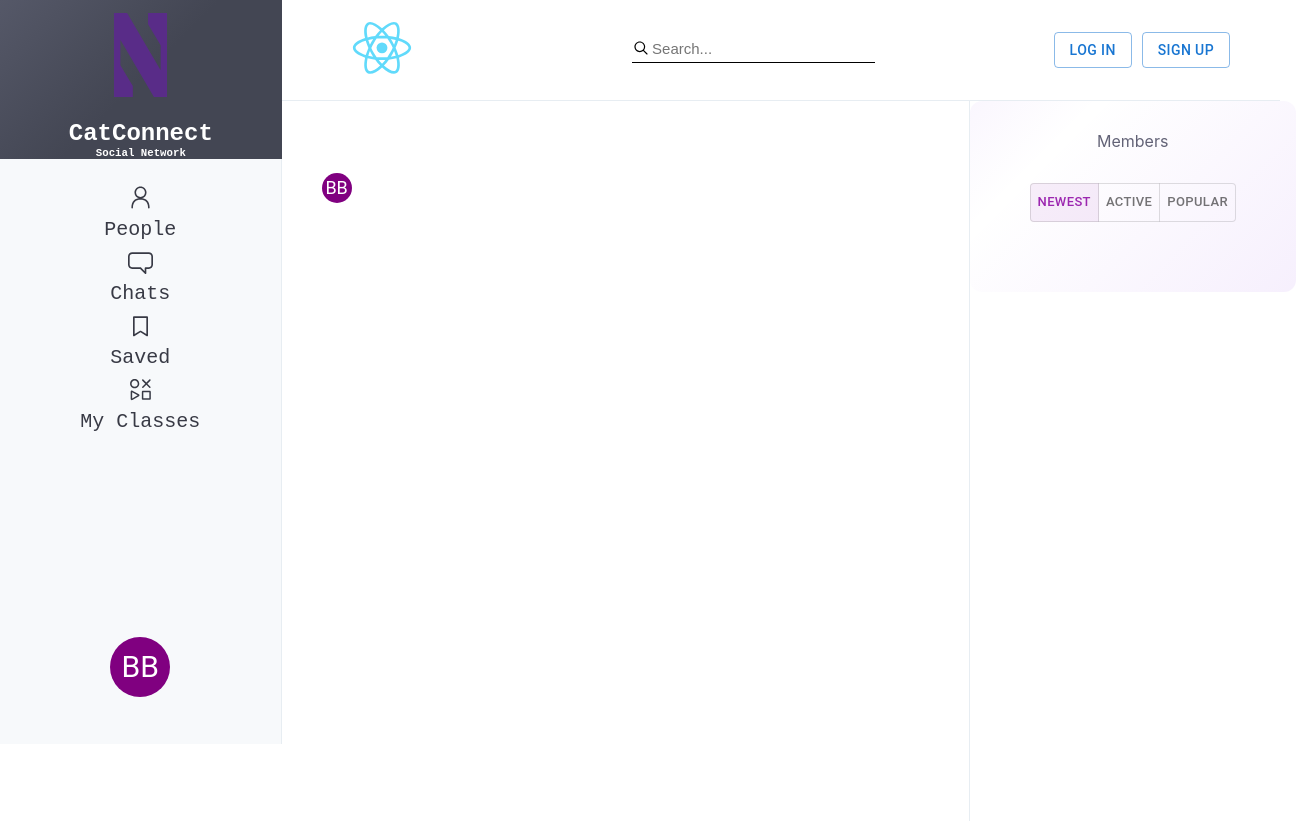
Repository: bbrockbrown/fws_proj
Page: / (app in frontend/)
These files come from the project's save history. The page is drawn as it stood at one moment and after the next save; the edit follows.
The browser window is 1280 px wide. The page is 1296 px wide, so the pictures cover 1296 px, including what lies to the right of the window. The pictures show the whole page.
The project was rebuilt for these pictures with package versions that can differ from the ones it lists, and the page was loaded fresh each time. Also part of the build but not shown: frontend/craco.config.js.

Above is the page before, as saved 2025-04-27 11:51:06.

### frontend/src/index.jsx
import React from 'react';

import ReactDOM from 'react-dom/client';

import App from './App';
import './index.css';
import reportWebVitals from './reportWebVitals';

const root = ReactDOM.createRoot(document.getElementById('root'));
root.render(
  <React.StrictMode>
    <App />
  </React.StrictMode>
);

// If you want to start measuring performance in your app, pass a function
// to log results (for example: reportWebVitals(console.log))
// or send to an analytics endpoint. Learn more: https://bit.ly/CRA-vitals
reportWebVitals();

### frontend/src/App.jsx
import React from 'react';

import styled from 'styled-components';

import Feed from 'common/components/Feed';
import MemberCard from 'common/components/MemberCard';
import SidebarLayout from 'common/components/layouts/SidebarLayout';

import './App.css';
import NavLayout from './common/components/layouts/NavLayout.jsx';

function App() {
  return (
    <div className='App'>
      <NavLayout />
      <SidebarLayout />
      <div
        className='content'
        style={{
          display: 'flex',
          paddingRight: '88px',
          marginLeft: '22%',
        }}
      >
        <Feed />
        <MemberCard />
      </div>
    </div>
  );
}

export default App;

// import React from 'react';

// import { BrowserRouter, Route, Routes } from 'react-router-dom';
// import {
//   PrivateRoute,
//   PublicOnlyRoute
// } from './components/routes/ProtectedRoutes';
// import { UserProvider } from './contexts/UserContext';
// import NavLayout from './components/layouts/NavLayout.jsx';
// import './App.css';

// function App() {
//   return (
//     <UserProvider>
//       <BrowserRouter>
//         <Routes>
//           <Route path='/' element={<NavLayout/>}>
//             <Route element={<PrivateRoute />}>
//               {/* Pages only for logged in users */}
//             </Route>
//             <Route element={<PublicOnlyRoute />}>
//               {/* Pages for only logged out users */}
//             </Route>
//           </Route>
//         </Routes>
//       </BrowserRouter>
//     </UserProvider>
//   );
// }

// export default App;

### frontend/src/common/components/Feed.jsx
import React, { useState } from 'react';

import { Avatar } from '@mui/material';
import styled from 'styled-components';

const FeedContainer = styled.div`
  padding: 30px 40px 70px;
  flex: 0 0 66.6667%;
  max-width: 0.66.6667%;
`;

const PostList = styled.ul`
  position: relative;
  padding: 0;
`;

const PostItem = styled.li`
  list-style: none;
  padding: 0;
  margin-top: 0px;
  margin-bottom: 2.5rem;
  border: none !important;
  position: relative;
`;

const PostAvatar = styled.div`
  margin: 0;
  position: absolute;
  left: 0px;
  top: 2px;
  float: left;
  z-index: 1;
  text-align: center;
`;

export default function Feed() {
  const [posts, setPosts] = useState([]);

  return (
    <FeedContainer>
      <PostList>
        <PostItem>
          <PostAvatar>
            <Avatar sx={{ bgcolor: 'purple', width: '30px', height: '30px' }}>
              <p style={{ fontSize: '18px' }}>BB</p>
            </Avatar>
          </PostAvatar>
        </PostItem>
      </PostList>
    </FeedContainer>
  );
}

### frontend/src/common/components/MemberCard.jsx
import React, { useState } from 'react';

import { ToggleButton, ToggleButtonGroup } from '@mui/material';
import styled from 'styled-components';

const MemCardContainer = styled.div`
  padding: 30px 30px 70px 30px;
  min-width: 33.33%;
  width: 100%;
  border-radius: 12px;
  color: rgb(98, 98, 118);
  background-color: rgba(130, 36, 227, 0.02);
  background: linear-gradient(
    135deg,
    rgba(130, 36, 227, 0.04) 0%,
    rgba(255, 255, 255, 0) 25%,
    rgba(130, 36, 227, 0.07) 100%
  );
`;

const CardTitle = styled.div`
  margin-bottom: 1rem;
  padding-bottom: 1rem;
  position: relative;
  font-size: 1rem;
`;

export default function MemberCard() {
  const [newestMembers, setNewestMembers] = useState([]);
  const [activeMembers, setActiveMembers] = useState([]);
  const [popularMembers, setPopularMembers] = useState([]);

  function MemberToggle() {
    const [mode, setMode] = useState('Newest');

    const handleModeChange = (event, newMode) => {
      if (newMode !== null) {
        setMode(newMode);
      }
    };

    return (
      <ToggleButtonGroup
        value={mode}
        exclusive
        onChange={handleModeChange}
        aria-label='member mode'
        size='small'
        color='secondary'
      >
        <ToggleButton value='Newest' aria-label='newest members'>
          Newest
        </ToggleButton>
        <ToggleButton value='Active' aria-label='active members'>
          Active
        </ToggleButton>
        <ToggleButton value='Popular' aria-label='popular members'>
          Popular
        </ToggleButton>
      </ToggleButtonGroup>
    );
  }

  return (
    <div style={{ borderLeft: '1px solid #e7edf2', height: '100vh' }}>
      <MemCardContainer>
        <div>
          <CardTitle>Members</CardTitle>
          <MemberToggle />
        </div>
      </MemCardContainer>
    </div>
  );
}

### frontend/src/common/components/layouts/SidebarLayout.jsx
import React from 'react';

import { Avatar } from '@mui/material';
import {
  BookmarkIcon,
  ChatBubbleIcon,
  PersonIcon,
} from '@radix-ui/react-icons';
import nulogo from 'assets/icons/nulogo.svg';
import styled from 'styled-components';

const BarContainer = styled.div`
  position: fixed;
  top: 0;
  left: 0;
  overflow: visible;
  z-index: 9;
  width: 22%;
  min-width: 160px;
  height: 100vh;
  text-align: center;
`;

const InfoContainer = styled.div`
  background-color: #383a45;
  background-image: linear-gradient(
    135deg,
    rgb(85, 88, 104) 0%,
    rgb(67, 70, 83) 50%
  );
`;

const Logo = styled.img`
  max-width: 80%;
  max-height: 90px;
  height: auto;
  vertical-align: middle;
  border-style: none;
  margin-top: 10px;
  margin-left: auto;
  margin-right: auto;
`;

const LogoText = styled.h2`
  font-family: 'Courier New', monospace;
  color: white;
  margin-bottom: 0px;
`;

const SubLogoText = styled.h6`
  font-family: 'Courier New', monospace;
  color: white;
  margin-top: 0px;
  margin-bottom: 0px;
`;

const IconContainer = styled.div`
  padding-bottom: 15px;
  padding-top: 10px;
  border-right: 1px solid #e7edf2;
  background-color: #f7f9fb;
  font-family: 'Courier New', monospace;
  height: calc(100% - 160px);
`;

const IconList = styled.ul`
  padding: 0 1rem;
  text-align: center;
  flex-grow: 1;
`;

const IconItem = styled.li`
  list-style: none;
  width: 100%;
  margin-bottom: 0.5rem;
`;

const IconLink = styled.a`
  text-decoration: none;
  display: flex;
  flex-direction: column;
  align-items: center;
  gap: 0.5rem;
  color: #383a45;
  font-size: 1.25rem;
  transition: 0.1s ease-in;

  &:hover {
    color: rgb(131, 80, 172);
  }
  & > svg {
    height: 25px;
    width: auto;
  }
`;

export default function SidebarLayout() {
  return (
    <BarContainer>
      <div style={{ height: '100%', maxWidth: '100%' }}>
        <InfoContainer>
          <Logo src={nulogo} />
          <LogoText>CatConnect</LogoText>
          <SubLogoText>Social Network</SubLogoText>
        </InfoContainer>
        <IconContainer>
          <div
            style={{
              maxWidth: '250px',
              marginLeft: 'auto',
              marginRight: 'auto',
              display: 'flex',
              flexDirection: 'column',
              justifyContent: 'space-between',
              height: '100%',
            }}
          >
            <IconList>
              <IconItem>
                <IconLink href='/'>
                  <PersonIcon />
                  <span>People</span>
                </IconLink>
              </IconItem>
              <IconItem>
                <IconLink href='/'>
                  <ChatBubbleIcon />
                  <span>Chats</span>
                </IconLink>
              </IconItem>
              <IconItem>
                <IconLink href='/'>
                  <BookmarkIcon />
                  <span>Saved</span>
                </IconLink>
              </IconItem>
              <IconItem>
                <IconLink href='/'>
                  <svg
                    width='15'
                    height='15'
                    viewBox='0 0 15 15'
                    fill='none'
                    xmlns='http://www.w3.org/2000/svg'
                  >
                    <path
                      d='M2.14921 3.99996C2.14921 2.97778 2.97784 2.14915 4.00002 2.14915C5.02219 2.14915 5.85083 2.97778 5.85083 3.99996C5.85083 5.02213 5.02219 5.85077 4.00002 5.85077C2.97784 5.85077 2.14921 5.02213 2.14921 3.99996ZM4.00002 1.24915C2.48079 1.24915 1.24921 2.48073 1.24921 3.99996C1.24921 5.51919 2.48079 6.75077 4.00002 6.75077C5.51925 6.75077 6.75083 5.51919 6.75083 3.99996C6.75083 2.48073 5.51925 1.24915 4.00002 1.24915ZM5.82034 11.0001L2.49998 12.8369V9.16331L5.82034 11.0001ZM2.63883 8.21159C2.17228 7.9535 1.59998 8.29093 1.59998 8.82411V13.1761C1.59998 13.7093 2.17228 14.0467 2.63883 13.7886L6.57235 11.6126C7.05389 11.3462 7.05389 10.654 6.57235 10.3876L2.63883 8.21159ZM8.30001 9.00003C8.30001 8.61343 8.61341 8.30003 9.00001 8.30003H13C13.3866 8.30003 13.7 8.61343 13.7 9.00003V13C13.7 13.3866 13.3866 13.7 13 13.7H9.00001C8.61341 13.7 8.30001 13.3866 8.30001 13V9.00003ZM9.20001 9.20003V12.8H12.8V9.20003H9.20001ZM13.4432 2.19311C13.6189 2.01737 13.6189 1.73245 13.4432 1.55671C13.2675 1.38098 12.9826 1.38098 12.8068 1.55671L11 3.36353L9.19321 1.55674C9.01748 1.381 8.73255 1.381 8.55682 1.55674C8.38108 1.73247 8.38108 2.0174 8.55682 2.19313L10.3636 3.99992L8.55682 5.80671C8.38108 5.98245 8.38108 6.26737 8.55682 6.44311C8.73255 6.61885 9.01748 6.61885 9.19321 6.44311L11 4.63632L12.8068 6.44314C12.9826 6.61887 13.2675 6.61887 13.4432 6.44314C13.6189 6.2674 13.6189 5.98247 13.4432 5.80674L11.6364 3.99992L13.4432 2.19311Z'
                      fill='currentColor'
                      fillRule='evenodd'
                      clipRule='evenodd'
                    ></path>
                  </svg>
                  <span>My Classes</span>
                </IconLink>
              </IconItem>
            </IconList>
            <div
              style={{
                display: 'flex',
                justifyContent: 'center',
                padding: '2rem 1rem',
              }}
            >
              <Avatar sx={{ bgcolor: 'purple', width: '60px', height: '60px' }}>
                <p style={{ fontSize: '30px' }}>BB</p>
              </Avatar>
            </div>
          </div>
        </IconContainer>
      </div>
    </BarContainer>
  );
}

### frontend/src/App.css
.App {
  text-align: center;
}

.App-logo {
  height: 100vmin;
  pointer-events: none;
  width: 100vh;
}

@media (prefers-reduced-motion: no-preference) {
  .App-logo {
    animation: App-logo-spin infinite 20s linear;
  }
}

.App-header {
  background-color: #282c34;
  min-height: 100vh;
  display: flex;
  flex-direction: column;
  align-items: center;
  justify-content: center;
  font-size: calc(10px + 2vmin);
  color: white;
}

.App-link {
  color: #61dafb;
}

@keyframes App-logo-spin {
  from {
    transform: rotate(0deg);
  }
  to {
    transform: rotate(360deg);
  }
}

.navigation {
  display: flex;
  gap: 10px;
}

### frontend/src/common/components/layouts/NavLayout.jsx
import React, { useEffect, useState } from 'react';

import Button from '@mui/material/Button';
import { MagnifyingGlassIcon } from '@radix-ui/react-icons';
import logo from 'assets/icons/logo.svg';
import styled from 'styled-components';

const NavContainer = styled.div`
  max-height: 100px;
  display: flex;
  justify-content: space-between;
  align-items: center;
  padding: 0px 50px;
  border-bottom: 1px solid rgb(231, 237, 242);
  margin-left: 22%;
`;

const IconContainer = styled.div`
  position: absolute;Ç
  left: 0;
  top: 50%;
  transform: translateY(-50%);
`;

const SearchContainer = styled.div`
  position: relative;
`;

const TextContainer = styled.div`
  width: 100%;
  position: relative;
`;

const StyledInput = styled.input`
  background: none;
  width: 100%;
  border: none;
  outline: none;
  padding-left: 1.25rem;
  padding-bottom: 5px;
  border-bottom: 1px solid black;
  font-size: 15px;
`;

function SearchBar() {
  const [input, setInput] = useState('');

  useEffect(() => {
    console.log('new input is', input);
  }, [input]);

  return (
    <SearchContainer>
      <IconContainer>
        <MagnifyingGlassIcon height='18' width='18' />
      </IconContainer>
      <TextContainer>
        <StyledInput
          type='text'
          autoComplete='off'
          placeholder='Search...'
          onChange={(e) => setInput(e.target.value)}
          required
        />
      </TextContainer>
    </SearchContainer>
  );
}

export default function NavLayout() {
  const [page, setPage] = useState('');

  return (
    <NavContainer>
      <div className='logo-container'>
        <img src={logo} alt='logo' width='100' height='100' />
      </div>
      <div className='search-bar'>
        <SearchBar />
      </div>
      <div className='navigation'>
        <Button variant='outlined'> Log In </Button>
        <Button variant='outlined'> Sign Up </Button>
      </div>
    </NavContainer>
  );
}

Loaded but not shown: frontend/public/index.html (common file); frontend/src/index.css (common file); frontend/src/reportWebVitals.js (common file)

After the next save:
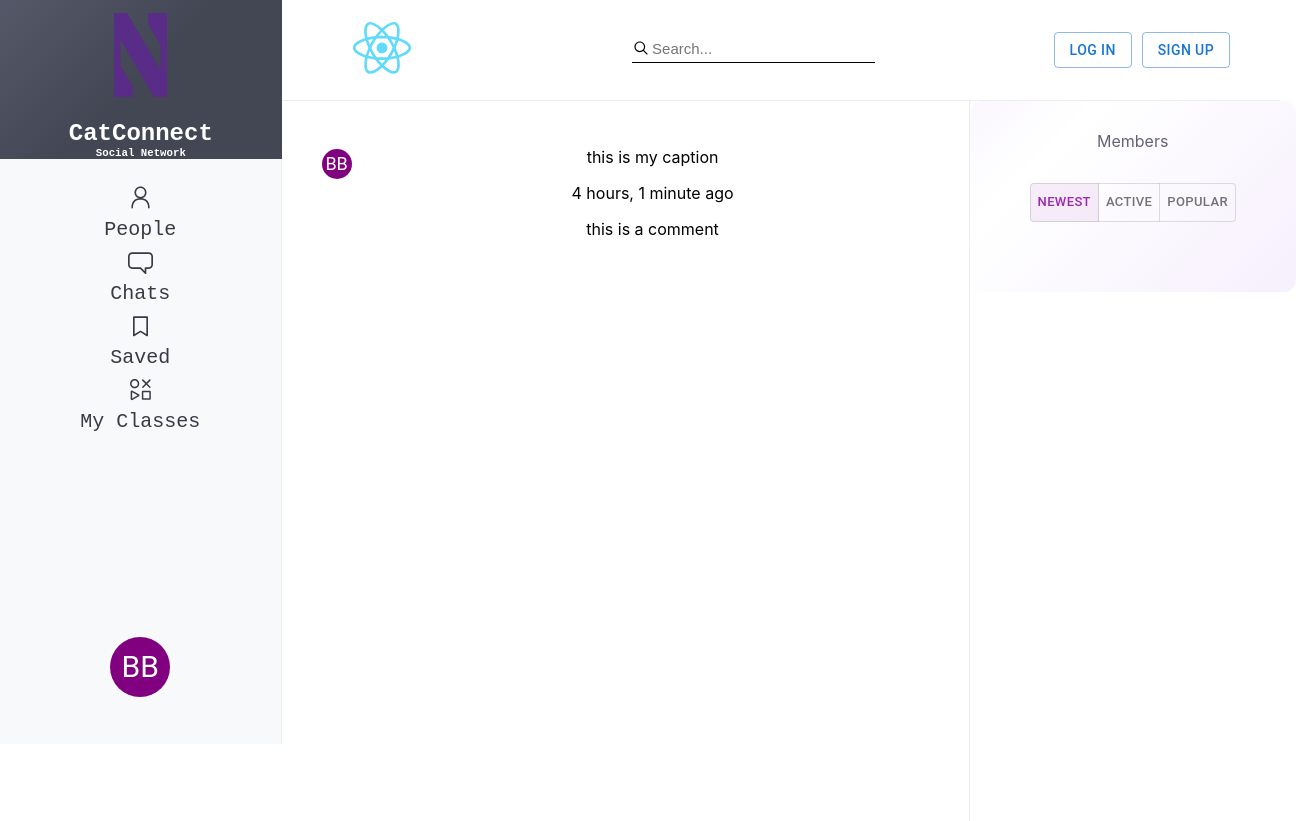
Saved 3 min 32 s later.
--- a/frontend/src/common/components/Feed.jsx
+++ b/frontend/src/common/components/Feed.jsx
@@ -33,6 +33,11 @@
   text-align: center;
 `;
 
+const PostContent = styled.div`
+  margin-left: 55px;
+  position: relative;
+`;
+
 export default function Feed() {
   const [posts, setPosts] = useState([]);
 
@@ -45,6 +50,19 @@
               <p style={{ fontSize: '18px' }}>BB</p>
             </Avatar>
           </PostAvatar>
+          <PostContent>
+            <div style={{ marginBottom: '0.75rem' }}>
+              <div>
+                <p>this is my caption</p>
+              </div>
+              <div>
+                <p>4 hours, 1 minute ago</p>
+              </div>
+            </div>
+            <div>
+              <p>this is a comment</p>
+            </div>
+          </PostContent>
         </PostItem>
       </PostList>
     </FeedContainer>
